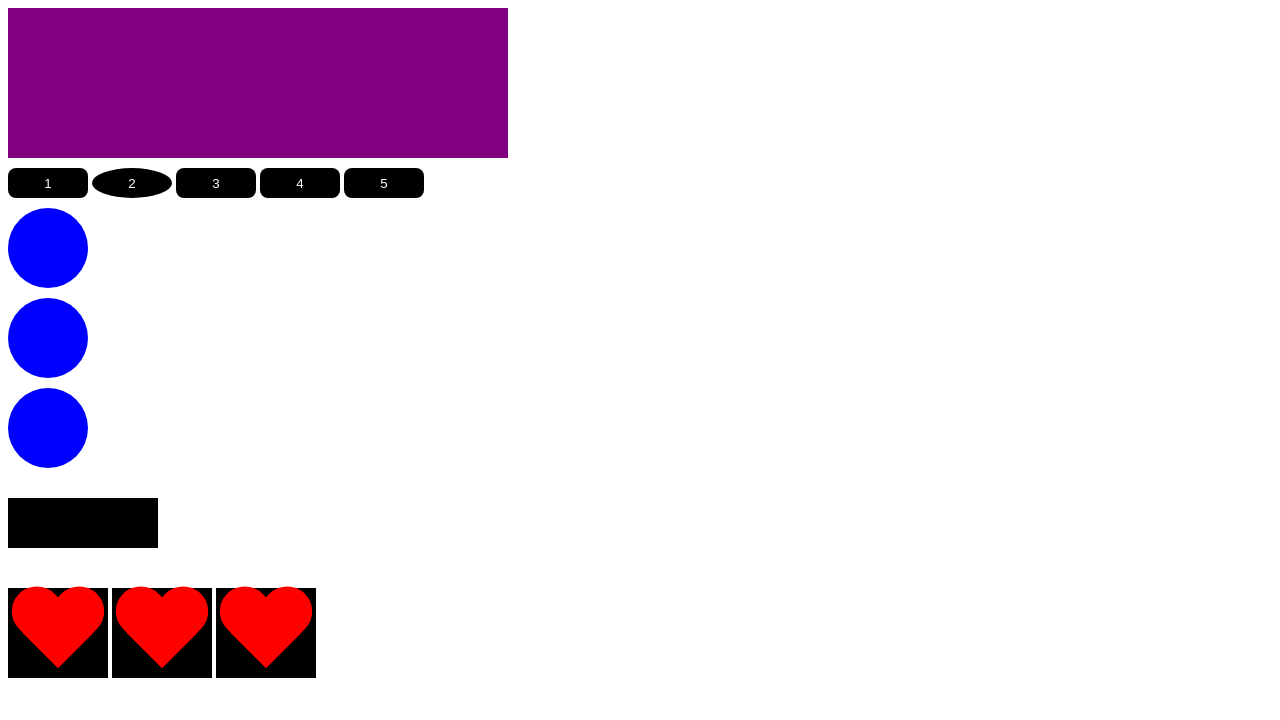
Repository: armus503/First_homework
Page: index2.html
An editor plug-in stored every save of this project. The page is shown before and after the next save, followed by the edit.
The browser window is 1280 px wide. The pictures show the whole page.

Above is the page before, as saved 2021-08-26 20:28:09.

### index2.html
<!DOCTYPE html>
<html lang="ru">

<head>
    <meta charset="utf-8">
    <meta http-equiv="X-UA-Compatible" content="IE=edge">
    <title>JavaScript</title>
    <link rel="stylesheet" href="/style2.css">
</head>

<body>
    <div class="box" id="box"></div>
    <button>1</button>
    <button>2</button>
    <button>3</button>
    <button>4</button>
    <button>5</button>

    <div class="circle"></div>
    <div class="circle"></div>
    <div class="circle"></div>

    <div class="wrapper">
        <div class="heart"></div>
        <div class="heart"></div>
        <div class="heart"></div>

    </div>

    <script src="/script2.js"></script>
</body>

</html>

### style2.css
.box {
  width: 150px;
  height: 150px;
  background-color: red;
}
button {
	width: 80px;
	height: 30px;
	margin-top: 10px;
	border: none;
	border-radius: 8px;
	background-color: #000;
	color: #fff;
	cursor: pointer;
	outline: none;
}

.circle {
	width: 80px;
	height: 80px;
	background-color: blue;
	display: block;
	margin-top: 10px;
	border-radius: 100%;
}

.heart {
	display: inline-block;
    position: relative;
    width: 100px;
    height: 90px;
    margin-top: 10px;
}
.heart:before,
.heart:after {
    position: absolute;
    content: "";
    left: 50px;
    top: 0;
    width: 50px;
    height: 80px;
    background: red;
    -moz-border-radius: 50px 50px 0 0;
    border-radius: 50px 50px 0 0;
    -webkit-transform: rotate(-45deg);
       -moz-transform: rotate(-45deg);
        -ms-transform: rotate(-45deg);
         -o-transform: rotate(-45deg);
            transform: rotate(-45deg);
    -webkit-transform-origin: 0 100%;
       -moz-transform-origin: 0 100%;
        -ms-transform-origin: 0 100%;
         -o-transform-origin: 0 100%;
            transform-origin: 0 100%;
}
.heart:after {
    left: 0;
    -webkit-transform: rotate(45deg);
       -moz-transform: rotate(45deg);
        -ms-transform: rotate(45deg);
         -o-transform: rotate(45deg);
            transform: rotate(45deg);
    -webkit-transform-origin: 100% 100%;
       -moz-transform-origin: 100% 100%;
        -ms-transform-origin: 100% 100%;
         -o-transform-origin: 100% 100%;
            transform-origin :100% 100%;
}
.black{
	width: 150px;
	height: 50px;
	line-height: 50px;
	text-align: center;
	background-color: black;
	margin-bottom: 30px;
	margin-top: 30px;
	color: #fff;
}

### script2.js
'use strict';

const box = document.getElementById('box'),
    btns = document.getElementsByTagName('button'),
    circles = document.getElementsByClassName('circle'),
    hearts = document.querySelectorAll('.heart'),
    oneHeart = document.querySelector('.heart'),
    wrapper = document.querySelector('.wrapper');

//console.dir(box); //посмотреть на элемент в качестве объекта

//инлайн стили(применяемые через JS) имеют приоритет перед стилями CSS
box.style.backgroundColor = 'blue'; //значения стилей записываем
box.style.width = '500px'; //в строковом формате, иначе не применятся

btns[1].style.borderRadius = '100%'; //меняем радиус второй кнопки псевдомассива btns

/*! этот способ назначения свойств действует только для отдельных элементов
для псевдомассива используется свойство cssText */

box.style.cssText = 'background-color: purple; width: 500px'; //стили записываются уже как в CSS
//так же можно использовать переменные, если свойства меняются динамически

//Для произведения одних и тех же действий над несколькими элементами используем циклы for, for...in, forEach(только вместе с querySelectorAll):

/*for (let i = 0; i < hearts.length; i++) {
    hearts[i].style.backgroundColor = 'orange';
}*/

hearts.forEach(item => {
    item.style.backgroundColor = 'black';
}); //стили примеятся ко всем элементам списка hearts


//Основные методы для работы с элементами страницы
//1) Создание элементов страницы при помощи скрипта(метод createElement)
const div = document.createElement('div'); //элемент создан и существует только внутри JS файла

//2)Создание текстовых узлов
const text = document.createTextNode('Я был тут'); // текст помещен в текстовый узел(ноду) и появится на странице. Используется редко.

//3)Работа с классами
div.classList.add('black'); //добавить(add) класс 'black' к блоку div при  помощи свойства classList

/* !!!!!!! Любой элемент можно ставить в начало, конец, середину документа, но по отношению к другому элементу (принцип дерева DOM)!!!!!!!!!*/

//Современные методы для работы с элементами страницы

//1)метод append(в конец блока)
document.body.append(div); //вставить в конец тега body элемент div при помощи метода append

//document.querySelector('.wrapper').append(div); //если класс wrapper используетя только
//один раз на странице, то можно так(вставить в конец блока с классом wrapper элемент div)

//wrapper.append(div); //если класс wrapper используется на странице несколько раз
//создаем переменную wrapper и уже добавляем элемент div в конец блока с классом wrapper так

//2)свойство prepend(в начало блока)
//wrapper.prepend(div); //добавить элемент div в начало блока с классом wrapper

//3)метод before(перед)
hearts[0].before(div); //добавить элем div перед первым элем hearts

After the next save:
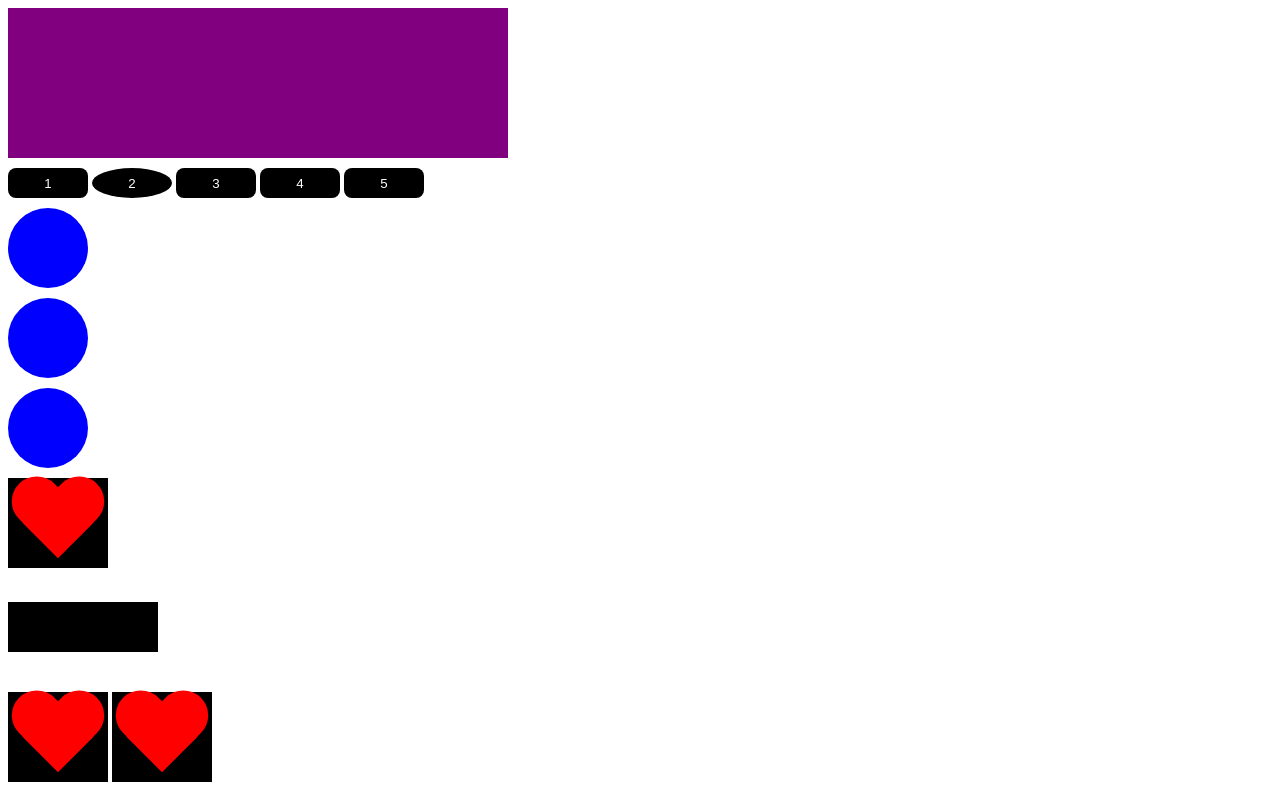
Saved 90 s later.
--- a/script2.js
+++ b/script2.js
@@ -59,4 +59,7 @@ document.body.append(div); //вставить в конец тега body эле
 //wrapper.prepend(div); //добавить элемент div в начало блока с классом wrapper
 
 //3)метод before(перед)
-hearts[0].before(div); //добавить элем div перед первым элем hearts
+//hearts[0].before(div); //добавить элем div перед первым элем hearts
+
+//4)метод after(перед)
+hearts[0].after(div); //добавить элем div после первого элем hearts
